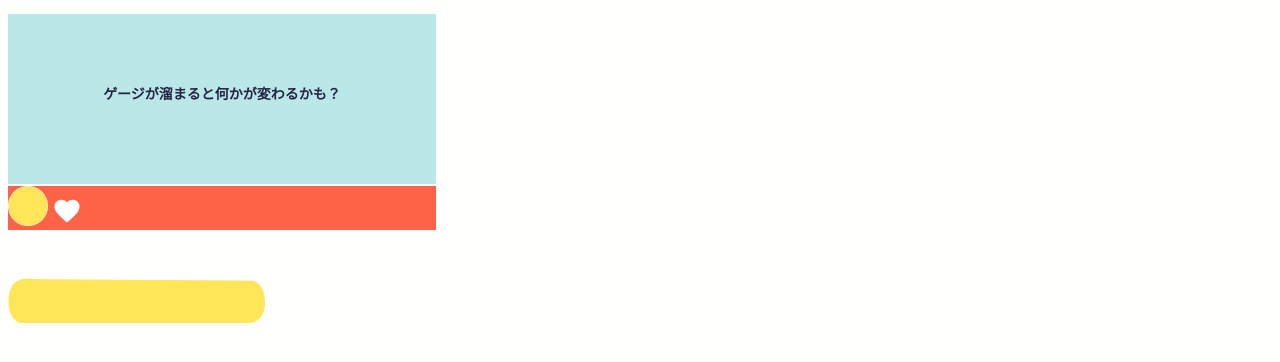
Repository: misaki0919/Self-care
Page: home_page.html
The author's editor kept a copy of each file at every save. The page is drawn from the files as they stood at one save, then again after the next save.
The browser window is 1280 px wide. The pictures show the whole page.
Some web fonts or font styles are not loaded; a fallback is used.

Above is the page before, as saved 2026-07-20 19:03:11.

After the next save:
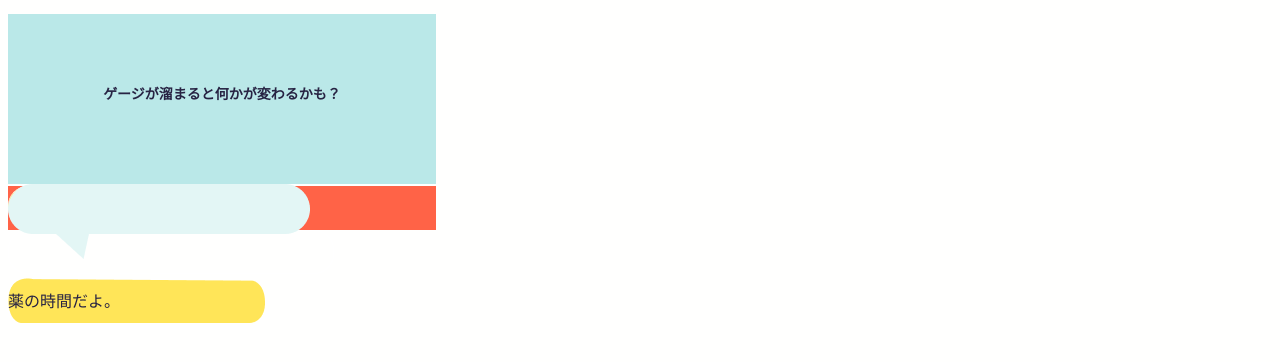
Saved 38 s later.
--- a/home_page.html
+++ b/home_page.html
@@ -23,7 +23,8 @@
         </section>
     </div>
     <div class="word-wrap">
-
+        <img src="images/speech_bubble.png" alt="セリフ">
+        <p>薬の時間だよ。</p>
     </div>
 </body>
 </html>
